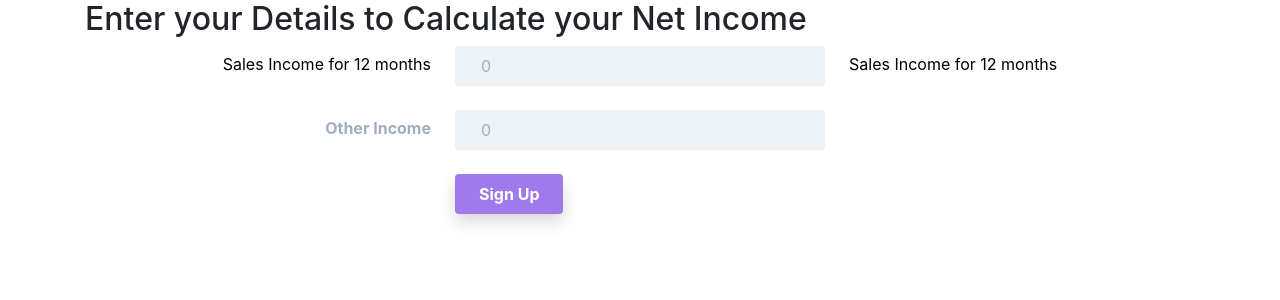
Repository: latenightsnacc/Financial-Forecast
Page: financial-forecast.html
An editor plug-in stored every save of this project. The page is shown before and after the next save, followed by the edit.
The browser window is 1280 px wide. The pictures show the whole page.

Above is the page before, as saved 2020-11-15 11:38:41.

After the next save:
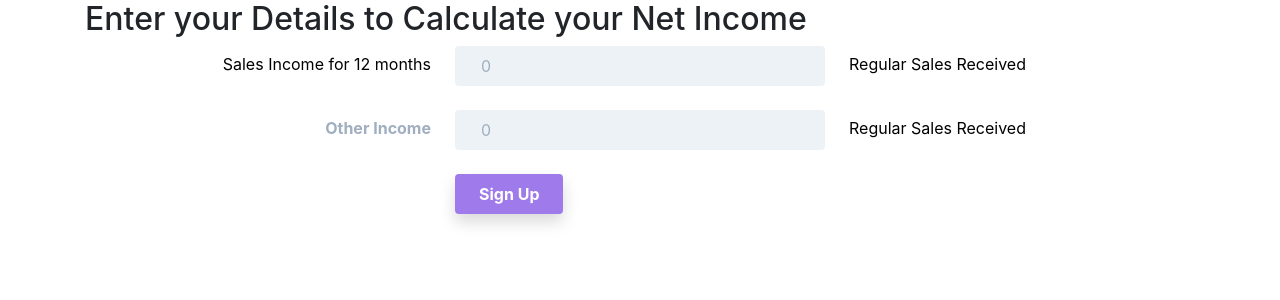
Saved 32 s later.
--- a/financial-forecast.html
+++ b/financial-forecast.html
@@ -34,7 +34,7 @@
                   </div>
                   <div class="md:w-1/3">
                     <label class="block text-black font-500 md:text-right mb-1 md:mb-0 pl-4 float-left" for="inline-full-name" >
-                      Sales Income for 12 months
+                      Regular Sales Received
                     </label>
                   </div>
                 </div>
@@ -47,6 +47,11 @@
                   </div>
                   <div class="md:w-1/3">
                     <input class="bg-gray-200 appearance-none border-2 border-gray-200 rounded w-full py-2 px-4 text-gray-700 leading-tight focus:outline-none focus:bg-white focus:border-grey-500" id="inline-password" type="text" placeholder="0">
+                  </div>
+                  <div class="md:w-1/3">
+                    <label class="block text-black font-500 md:text-right mb-1 md:mb-0 pl-4 float-left" for="inline-full-name" >
+                      Regular Sales Received
+                    </label>
                   </div>
                 </div>
 
